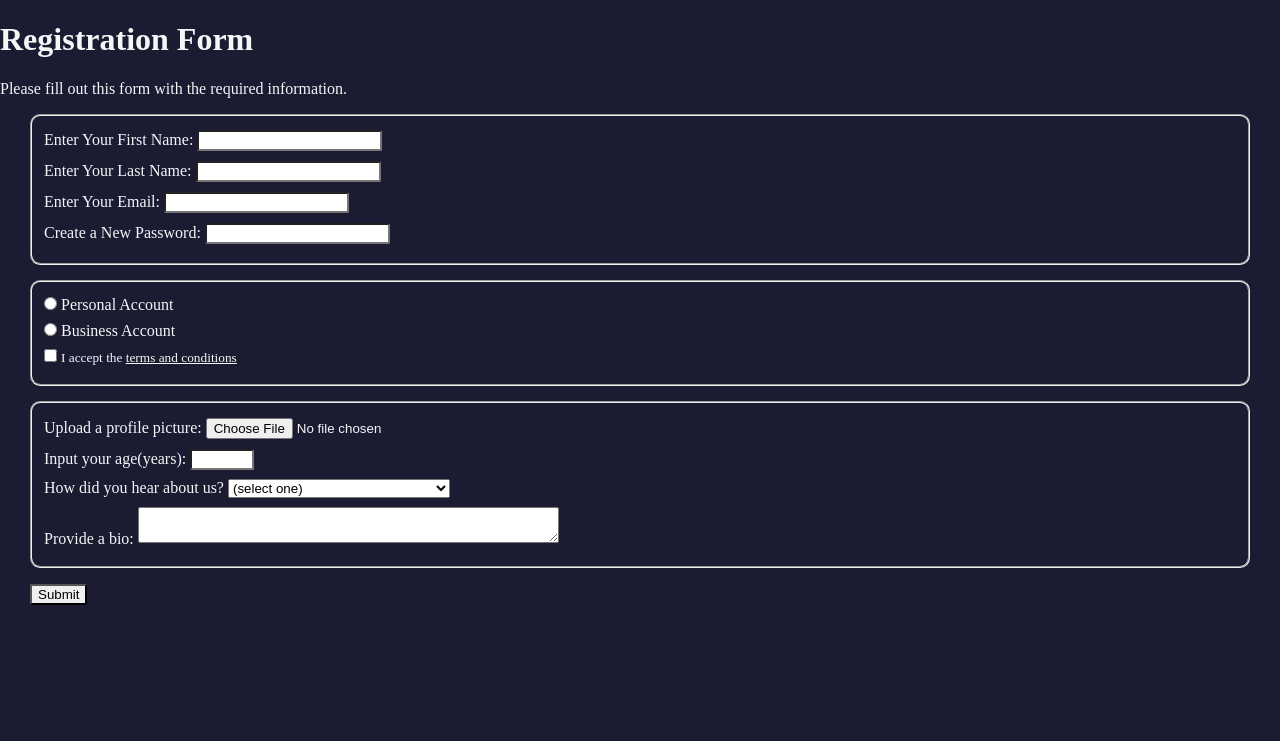
Repository: Lungdjos/registration_form
Page: index.html
The author's editor kept a copy of each file at every save. The page is drawn from the files as they stood at one save, then again after a run of saves.
The browser window is 1280 px wide. The pictures show the whole page.

Above is the page before, as saved 2023-09-28 16:27:44.

### index.html
<!DOCTYPE html>
<html lang="en">

<head>
    <meta charset="UTF-8">
    <meta name="viewport" content="width=device-width, initial-scale=1.0">
    <title>Registration Form</title>
    <link rel="stylesheet" href="indexStyles.css">
</head>

<body>
    <h1>Registration Form</h1>
    <p>Please fill out this form with the required information.</p>
    <form action="https://register-demo.freecodecamp.org" method="post">
        <fieldset>
            <label for="first-name">Enter Your First Name: <input type="text" id="first-name" required> </label>
            <label for="last-name">Enter Your Last Name: <input type="text" id="last-name" required> </label>
            <label for="email">Enter Your Email: <input type="email" id="email" required> </label>
            <label for="new-password">Create a New Password: <input type="password" id="new-password" pattern="[A-Za-z0-9]{8,}" minlength="8" required> </label>
        </fieldset>
        <fieldset>
            <label for="personal-account"> <input type="radio" name="account-type" id="personal-account"> Personal Account</label>
            <label for="business-account"> <input type="radio" name="account-type" id="business-account"> Business Account</label>
            <label for="terms-and-conditions"> <input type="checkbox" name="" id="terms-and-conditions" required> <small>I accept the <a href="https://www.freecodecamp.org/news/terms-of-service/">terms and conditions</a> </small> </label>
        </fieldset>
        <fieldset>
            <label for="profile-pic">Upload a profile picture: <input type="file" name="" id="profile-pic"></label>
            <label for="age">Input your age(years): <input type="number" name="" id="" min="13" max="100"> </label>

            <label for=""> How did you hear about us?
                <select name="" id="">
                    <option value="">(select one)</option>
                    <option value="1">freeCodeCamp News</option>
                    <option value="2">freeCodeCamp YouTube Channel</option>
                    <option value="3">freeCodeCamp Forum</option>
                    <option value="4">Other</option>
                </select>
            </label>
            <label for="">Provide a bio:
                <textarea name="" id="" cols="50" rows="2">

                </textarea>
            </label>
        </fieldset>

        <input type="submit" value="Submit" name="" id="">
    </form>
</body>

</html>

### indexStyles.css
/* CSS for the Registration Form */

body {
    width: 100%;
    height: 100vh;
    /* will need to set the value to */
    margin: auto;
    background-color: #1b1b32;
    color: #f5f6f7;
}

label {
    display: block;
    margin: .5rem 0;
}

a {
    color: #f5f6f7;
}

form {
    margin: 0px 30px 0px 30px;
}

fieldset {
    margin: 15px 0px 15px 0px;
    border-radius: 10px;
}

input,
textarea {
    margin: 1px 0px 1px 0px;
    border-radius: 2px;
}

After the next 2 saves:
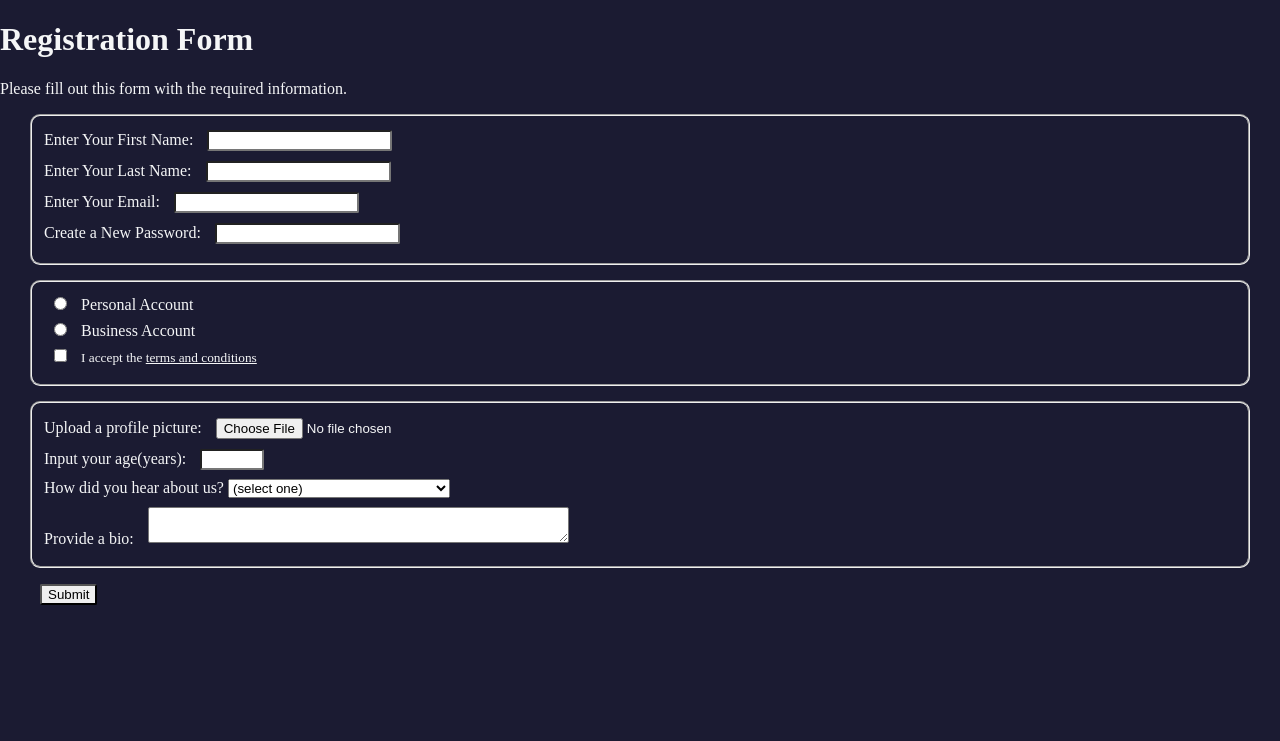
The 2 saves are shown as one change because they came seconds apart.
The last was saved 6 s later.
--- a/indexStyles.css
+++ b/indexStyles.css
@@ -29,6 +29,6 @@ fieldset {
 
 input,
 textarea {
-    margin: 1px 0px 1px 0px;
+    margin: 1px 10px 1px 10px;
     border-radius: 2px;
 }
